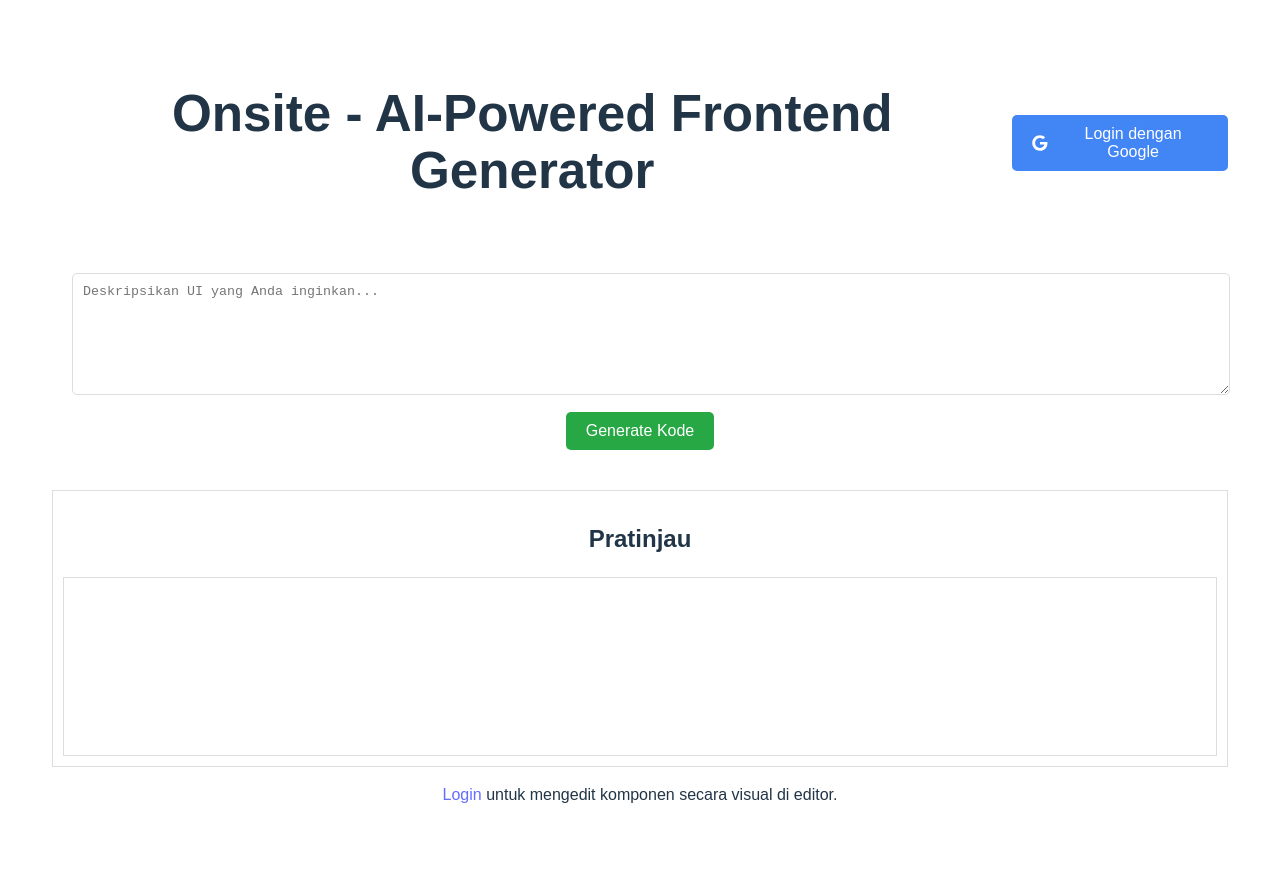
Repository: arifsoul/onsite
Page: / (app in onsite/)
These files come from the project's save history. The page is drawn as it stood at one moment and after the next save; the edit follows.
The browser window is 1280 px wide. The pictures show the whole page.
The project was rebuilt for these pictures with package versions that can differ from the ones it lists, and the page was loaded fresh each time. Also part of the build but not shown: onsite/vite.config.js, onsite/src/components/Editor/CSSPanel.jsx, onsite/src/components/Editor/JSPanel.jsx, onsite/src/components/Editor/ComponentEditor.css, onsite/src/components/Editor/ComponentEditor.jsx, onsite/src/pages/Editor.jsx, onsite/src/pages/Login.css, onsite/src/pages/Login.jsx.

Above is the page before, as saved 2025-04-14 16:33:52.

After the next save:
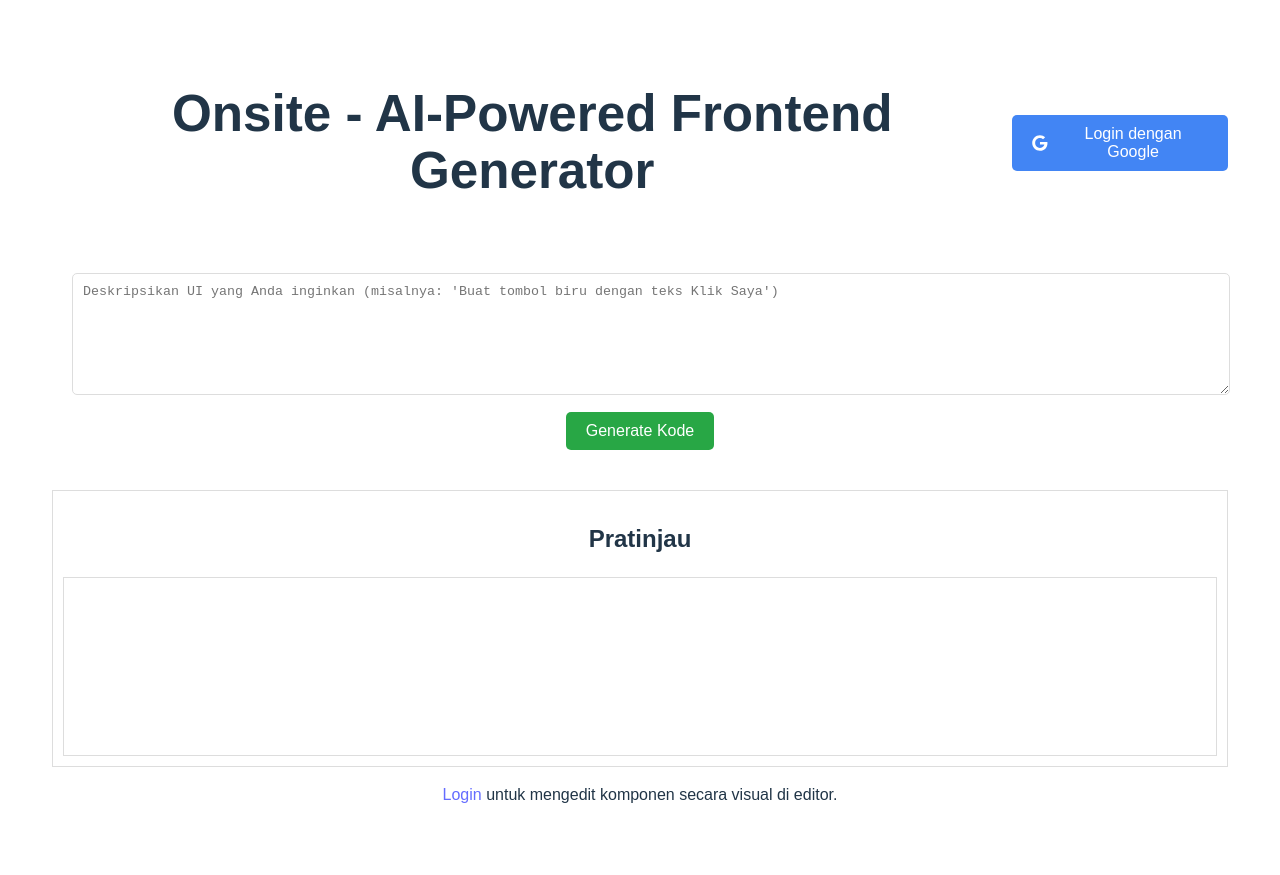
Saved 11 s later.
--- a/onsite/src/components/Generator/AIGenerator.jsx
+++ b/onsite/src/components/Generator/AIGenerator.jsx
@@ -5,16 +5,19 @@
 
 const AIGenerator = () => {
   const [prompt, setPrompt] = useState('');
+  const [error, setError] = useState(null);
   const { setGeneratedCode, setComponents } = useCode();
 
   const handleGenerate = async () => {
     try {
+      setError(null);
       const response = await generateCode(prompt);
       const { html, css, js, components } = response.data;
       setGeneratedCode({ html, css, js });
-      setComponents(components);
+      setComponents(components || []); // Pastikan components tidak undefined
     } catch (error) {
       console.error('Error generating code:', error);
+      setError('Gagal menghasilkan kode. Pastikan prompt valid dan coba lagi.');
     }
   };
 
@@ -23,12 +26,13 @@
       <textarea
         value={prompt}
         onChange={(e) => setPrompt(e.target.value)}
-        placeholder="Deskripsikan UI yang Anda inginkan..."
+        placeholder="Deskripsikan UI yang Anda inginkan (misalnya: 'Buat tombol biru dengan teks Klik Saya')"
         className="prompt-input"
       />
       <button onClick={handleGenerate} className="generate-btn">
         Generate Kode
       </button>
+      {error && <p className="error-message">{error}</p>}
     </div>
   );
 };
